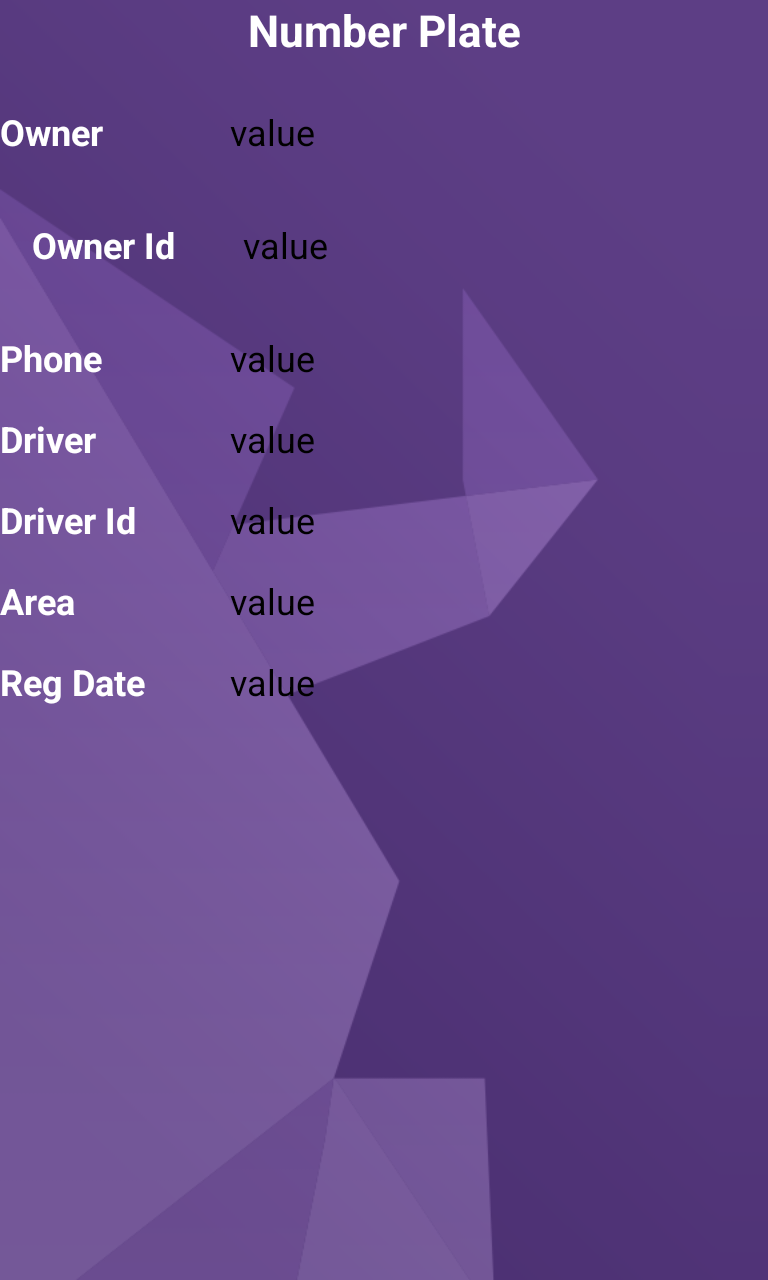
Repository: walteranyika/personal
Layout: PikiPiki/res/layout/activity_details.xml
The author's editor kept a copy of each file at every save. The layout is drawn from the files as they stood at one save, then again after the next save.
It is drawn on a 768 x 1280 px phone screen (xhdpi) without system bars, with theme AppTheme; the app's code is not run.

Above is the layout before, as saved 2015-11-06 12:09:37.

After the next save:
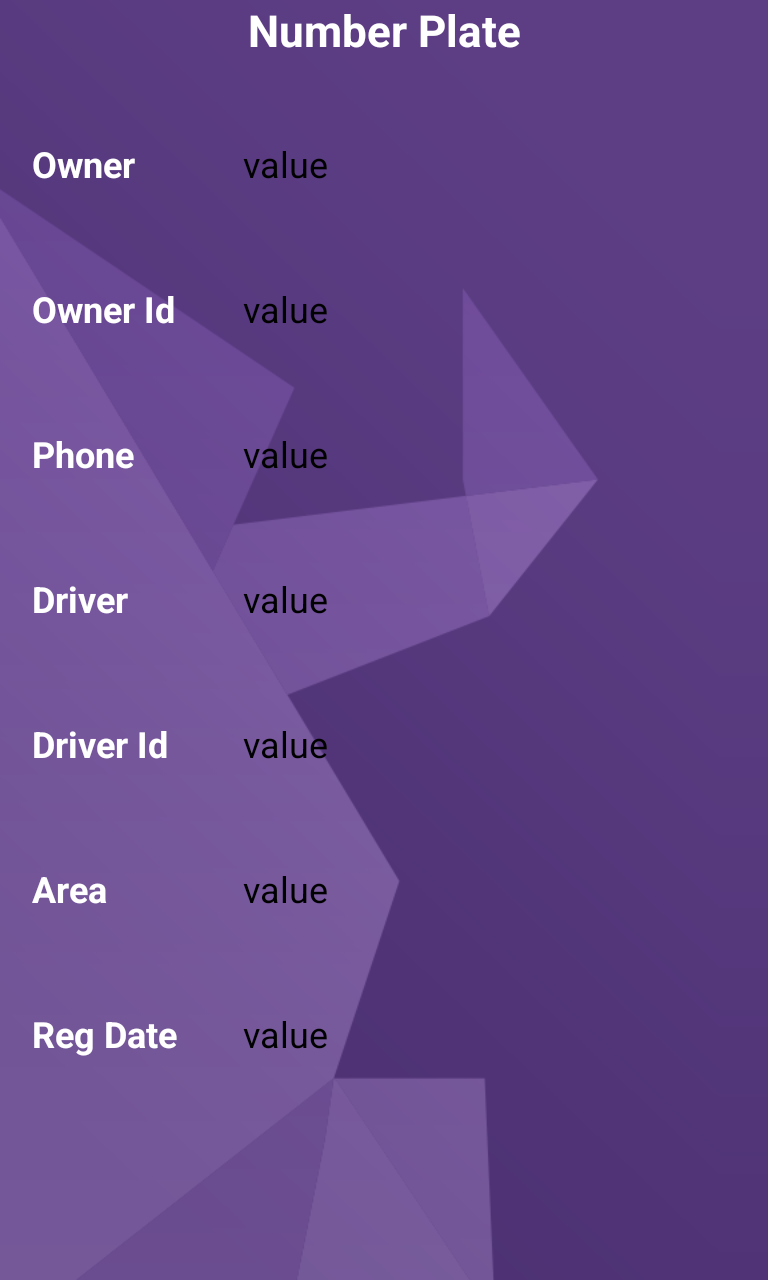
Saved 52 s later.
--- a/PikiPiki/res/layout/activity_details.xml
+++ b/PikiPiki/res/layout/activity_details.xml
@@ -56,6 +56,7 @@
     </LinearLayout>
 
     <LinearLayout
+        android:padding="16dp"
         android:id="@+id/LinearLayout02"
         android:layout_width="fill_parent"
         android:layout_height="wrap_content"
@@ -83,6 +84,7 @@
     </LinearLayout>
 
     <LinearLayout
+        android:padding="16dp"
         android:id="@+id/LinearLayout03"
         android:layout_width="fill_parent"
         android:layout_height="wrap_content"
@@ -110,6 +112,7 @@
     </LinearLayout>
 
     <LinearLayout
+        android:padding="16dp"
         android:id="@+id/LinearLayout04"
         android:layout_width="fill_parent"
         android:layout_height="wrap_content"
@@ -137,6 +140,7 @@
     </LinearLayout>
 
     <LinearLayout
+        android:padding="16dp"
         android:id="@+id/LinearLayout05"
         android:layout_width="fill_parent"
         android:layout_height="wrap_content"
@@ -164,6 +168,7 @@
     </LinearLayout>
 
     <LinearLayout
+        android:padding="16dp"
         android:id="@+id/LinearLayout06"
         android:layout_width="fill_parent"
         android:layout_height="wrap_content"
@@ -191,6 +196,7 @@
     </LinearLayout>
 
     <LinearLayout
+        android:padding="16dp"
         android:id="@+id/linearLayout1"
         android:layout_width="fill_parent"
         android:layout_height="wrap_content"
